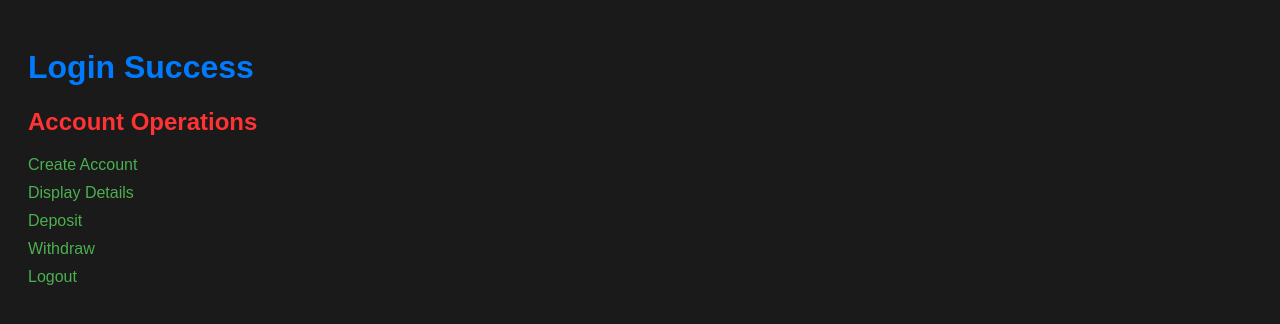
Repository: pritam-parida/HTMLJSCSS
Page: LoginApp/src/main/webapp/Success.html
The author's editor kept a copy of each file at every save. The page is drawn from the files as they stood at one save, then again after the next save.
The browser window is 1280 px wide. The pictures show the whole page.

Above is the page before, as saved 2024-04-24 09:28:56.

### LoginApp/src/main/webapp/Success.html
<!DOCTYPE html>
<html>
<head>
    <title>Login Success</title>
    <style>
        body {
            background-color: #1a1a1a;
            color: #fff;
            font-family: Arial, sans-serif;
            padding: 20px;
        }
        h1 {
            color: #007bff; /* Blue color for h1 */
        }
        h2 {
            color: #ff3333; /* Red color for h2 */
        }
        ul {
            list-style-type: none;
            padding: 0;
        }
        li {
            margin-bottom: 10px;
        }
        a {
            color: #4CAF50; /* Green color for links */
            text-decoration: none;
        }
        a:hover {
            text-decoration: underline;
        }
    </style>
</head>
<body>
    <h1>Login Success</h1>
    <h2>Account Operations</h2>
    <ul>
        <li><a href='Create.html'>Create Account</a></li>
        <li><a href='Display.html'>Display Details</a></li>
        <li><a href='Deposit.html'>Deposit</a></li>
        <li><a href='Withdraw.html'>Withdraw</a></li>
        <li><a href='#'>Logout</a></li>
    </ul>
</body>
</html>

After the next save:
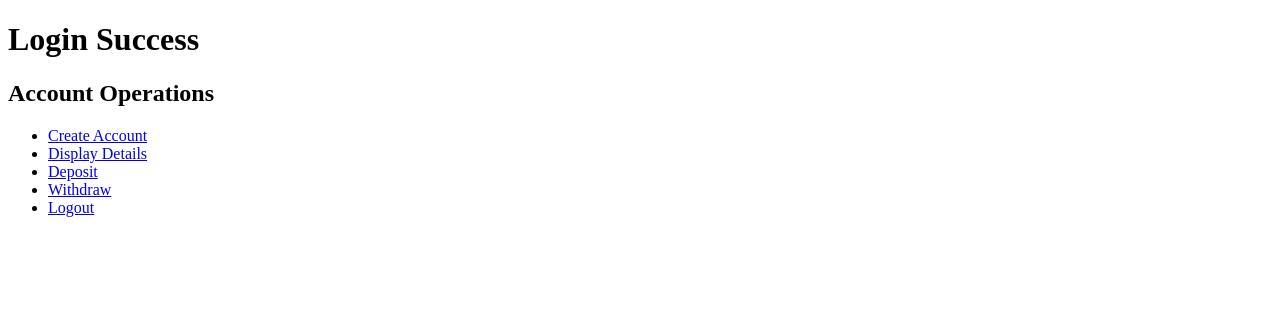
Saved 24 min 44 s later.
--- a/LoginApp/src/main/webapp/Success.html
+++ b/LoginApp/src/main/webapp/Success.html
@@ -2,34 +2,6 @@
 <html>
 <head>
     <title>Login Success</title>
-    <style>
-        body {
-            background-color: #1a1a1a;
-            color: #fff;
-            font-family: Arial, sans-serif;
-            padding: 20px;
-        }
-        h1 {
-            color: #007bff; /* Blue color for h1 */
-        }
-        h2 {
-            color: #ff3333; /* Red color for h2 */
-        }
-        ul {
-            list-style-type: none;
-            padding: 0;
-        }
-        li {
-            margin-bottom: 10px;
-        }
-        a {
-            color: #4CAF50; /* Green color for links */
-            text-decoration: none;
-        }
-        a:hover {
-            text-decoration: underline;
-        }
-    </style>
 </head>
 <body>
     <h1>Login Success</h1>
